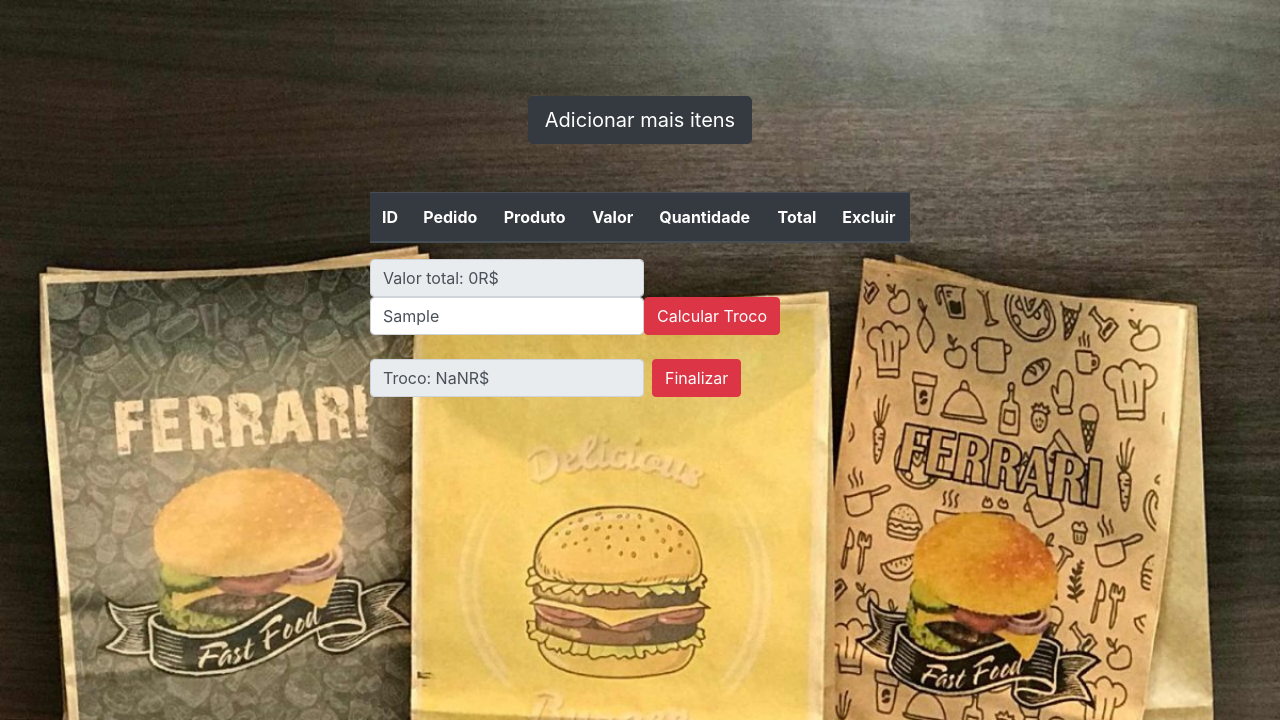
Repository: AnaMassaro/projetoRestaurante
Page: http://localhost/WEBRes/terminoPedido.jsp
An editor plug-in stored every save of this project. The page is shown before and after the next save, followed by the edit.
The browser window is 1280 px wide. The pictures show the whole page.
Empty fields were first filled with sample values (such as "Sample", 5 or name@example.com).
After loading, the first visible `button.btn-danger` was clicked once.
The page is served by Tomcat 9. Queries for data that is not in the repository find no rows.

Above is the page before, as saved 2019-12-17 02:05:17.
Console error: TypeError: Cannot read properties of undefined (reading 'fn')
Not found: WEBRes/WEBRes/style.css

After the next save:
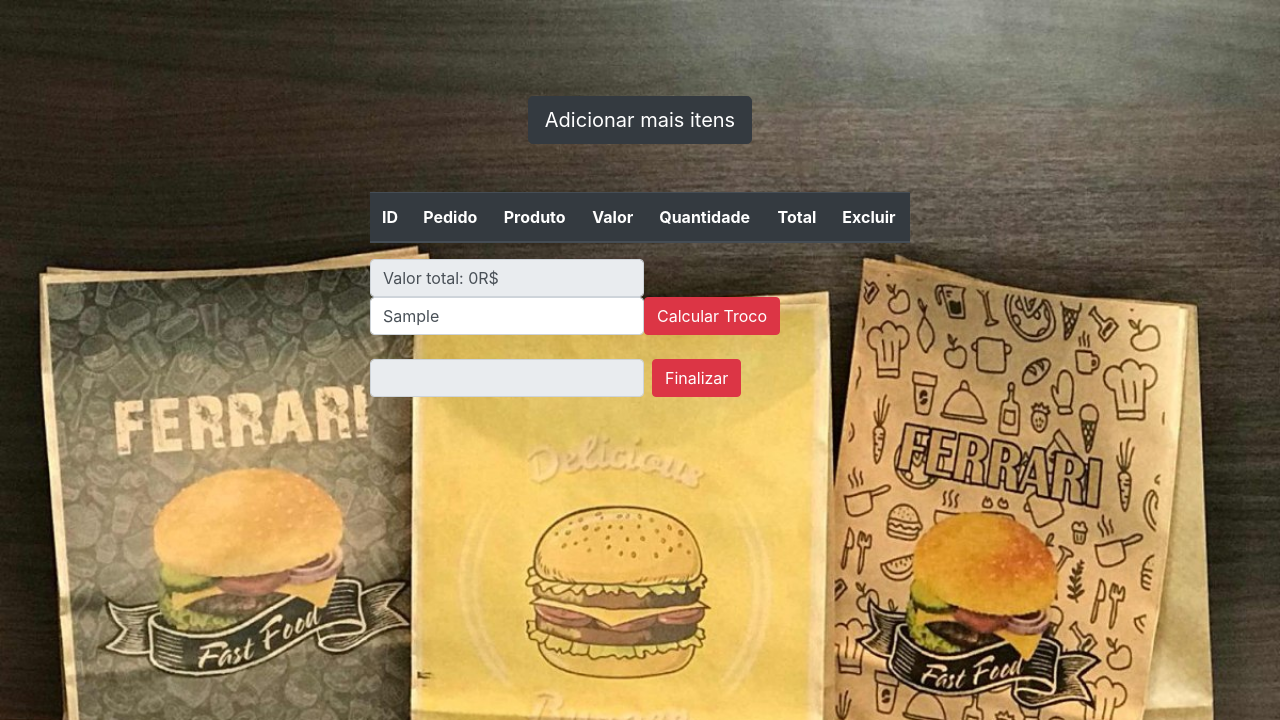
Saved 9 s later.
--- a/WEBRes/WebContent/terminoPedido.jsp
+++ b/WEBRes/WebContent/terminoPedido.jsp
@@ -133,7 +133,7 @@
 	function troco() {
 		var rTroco = 0;
 		var recebe = document.getElementById("recebido").value;
-		rTroco = parseInt(recebe) - valorcalculado;
+		rTroco = parseDouble(recebe) - valorcalculado;
 		document.getElementById("resultado").value = "Troco: " + rTroco + "R$";
 	}
 </script>

After the save that followed:
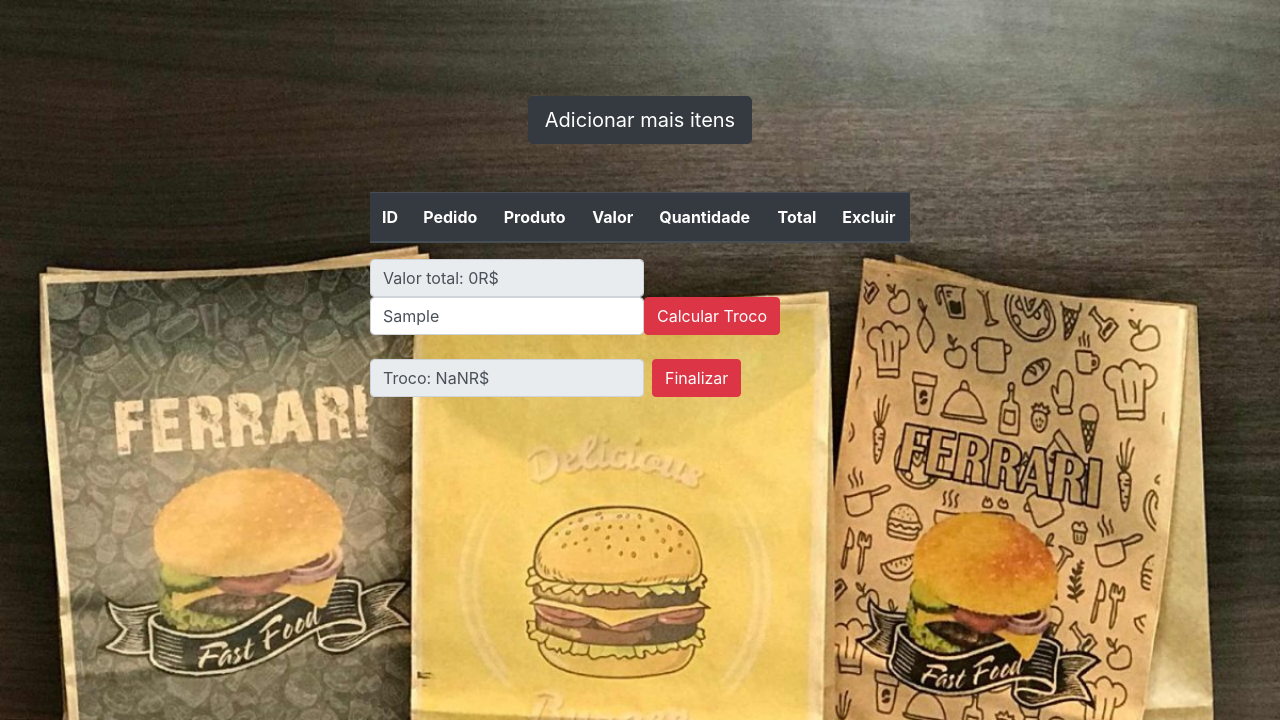
Saved 8 s later.
--- a/WEBRes/WebContent/terminoPedido.jsp
+++ b/WEBRes/WebContent/terminoPedido.jsp
@@ -126,14 +126,14 @@
 	var valorcalculado = 0;
 	[].forEach.call(els, function (el)
 	{
-	  valorcalculado += parseDouble(el.innerHTML);
+	  valorcalculado += parseInt(el.innerHTML);
 	});
 	document.getElementById("qtdtotal").value = "Valor total: " + valorcalculado + "R$";
 
 	function troco() {
 		var rTroco = 0;
 		var recebe = document.getElementById("recebido").value;
-		rTroco = parseDouble(recebe) - valorcalculado;
+		rTroco = parseInt(recebe) - valorcalculado;
 		document.getElementById("resultado").value = "Troco: " + rTroco + "R$";
 	}
 </script>
